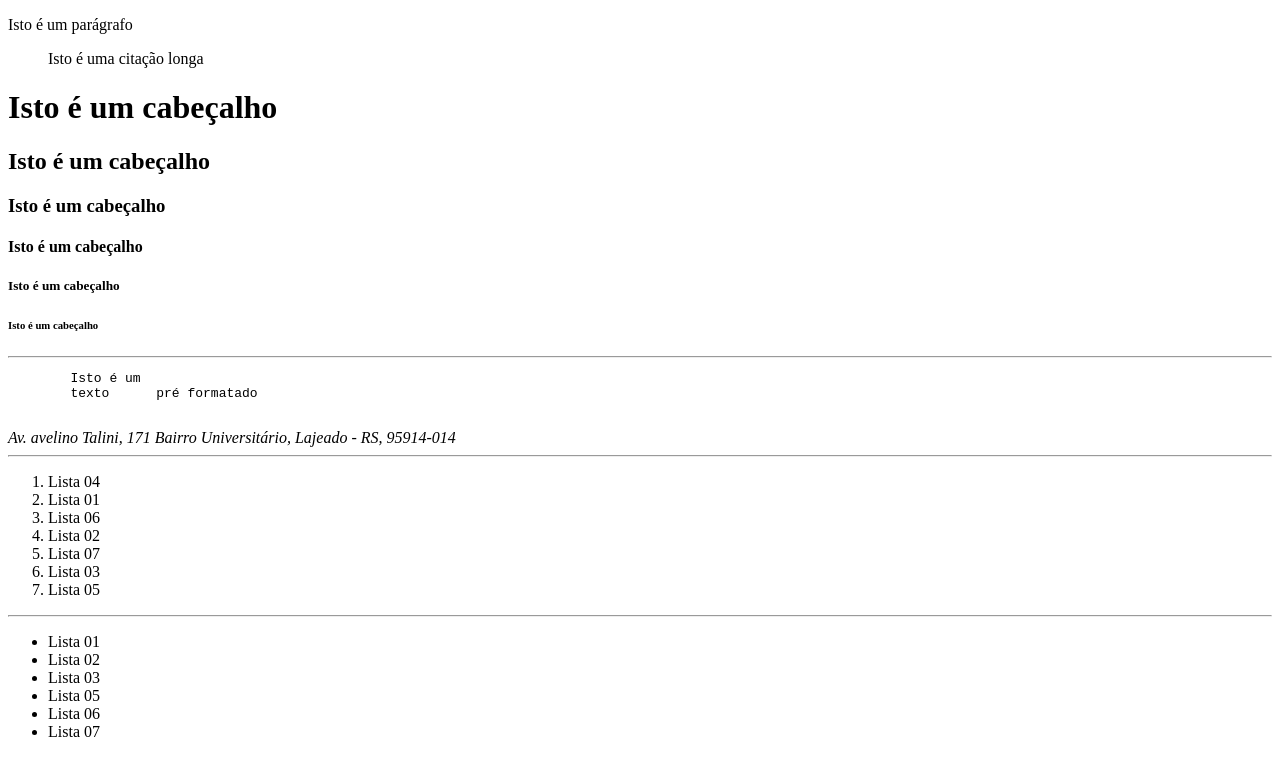
Repository: robsonwssantos/Projeto_Olaria
Page: aula02/index.html
The author's editor kept a copy of each file at every save. The page is drawn from the files as they stood at one save, then again after the next save.
The browser window is 1280 px wide. The pictures show the whole page.

Above is the page before, as saved 2023-04-11 21:16:02.

### aula02/index.html
<!DOCTYPE html>
<html lang="pt-BR">
<head>
    <meta charset="UTF-8">
    <meta http-equiv="X-UA-Compatible" content="IE=edge">
    <meta name="viewport" content="width=device-width, initial-scale=1.0">
    <title>Título da Página</title>
</head>
<body>
    <p>Isto é um parágrafo</p>
    <blockquote>Isto é uma citação longa</blockquote>
    <h1>Isto é um cabeçalho</h1>
    <h2>Isto é um cabeçalho</h2>
    <h3>Isto é um cabeçalho</h3>
    <h4>Isto é um cabeçalho</h4>
    <h5>Isto é um cabeçalho</h5>
    <h6>Isto é um cabeçalho</h6>

    <hr>

    <pre>
        Isto é um
        texto      pré formatado
    </pre>

    <address>
        Av. avelino Talini, 171
        Bairro Universitário, Lajeado - RS, 95914-014
    </address>
    <hr>
    <ol>
        <li>Lista 04</li>
        <li>Lista 01</li>
            <li>Lista 06</li>
        <li>Lista 02</li>
        <li>Lista 07</li>
        <li>Lista 03</li>
        <li>Lista 05</li>
    </ol>
    <hr>
    <ul>
        <li>Lista 01</li>
        <li>Lista 02</li>
        <li>Lista 03</li>
        <li>Lista 05</li>
        <li>Lista 06</li>
        <li>Lista 07</li>
    </ul>
</body>
</html>

After the next save:
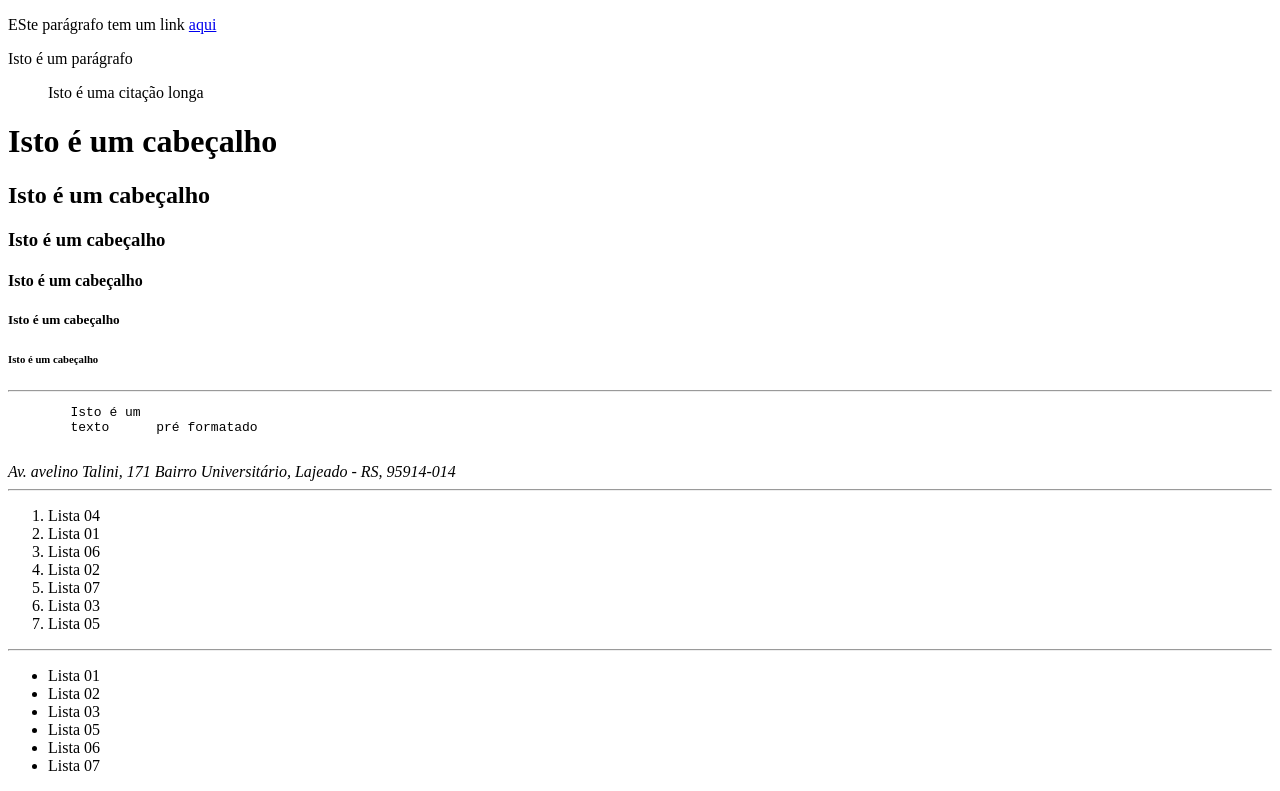
Saved 5 min 23 s later.
--- a/aula02/index.html
+++ b/aula02/index.html
@@ -7,6 +7,9 @@
     <title>Título da Página</title>
 </head>
 <body>
+    <p>
+        ESte parágrafo tem um link <a href="https://google.com"> aqui</a>
+    </p>
     <p>Isto é um parágrafo</p>
     <blockquote>Isto é uma citação longa</blockquote>
     <h1>Isto é um cabeçalho</h1>
